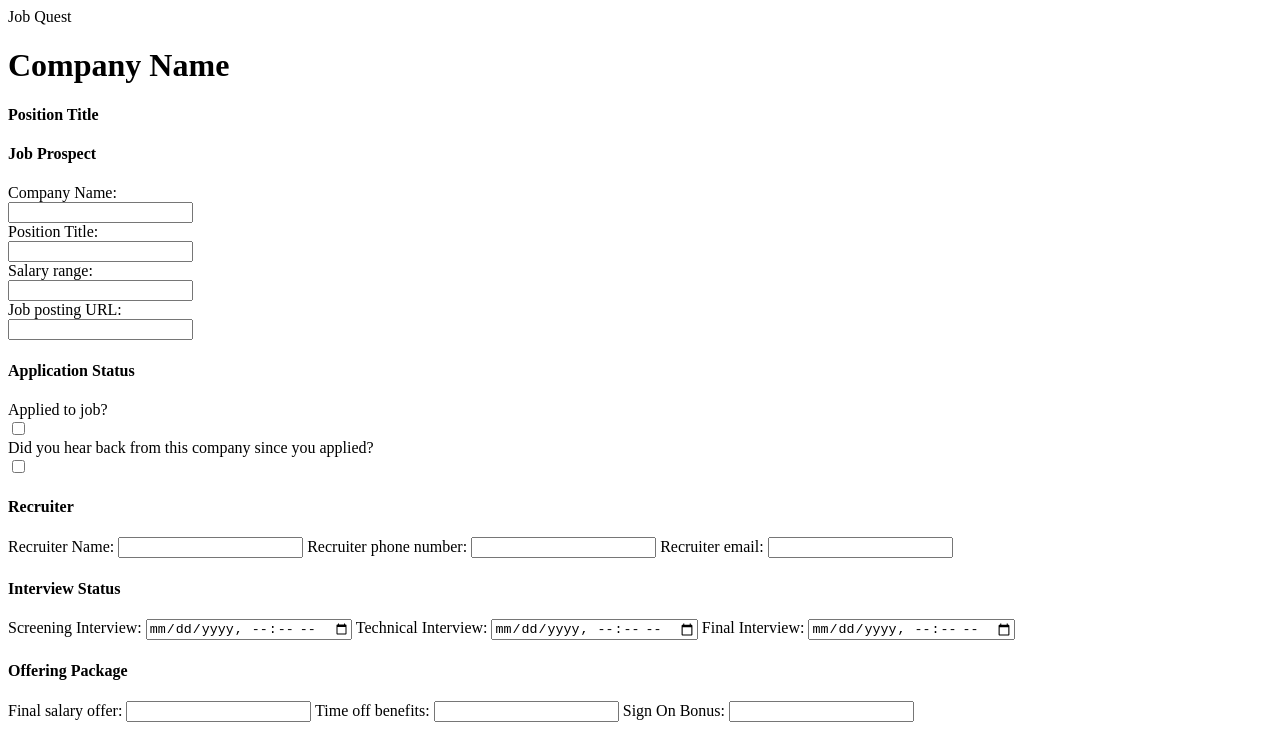
Repository: AllSystemsRGeorge/Job-Quest
Page: utils/mainPageHelper.html
An editor plug-in stored every save of this project. The page is shown before and after the next save, followed by the edit.
The browser window is 1280 px wide. The pictures show the whole page.

Above is the page before, as saved 2022-08-04 17:44:13.

### utils/mainPageHelper.html
<!DOCTYPE html>
<html lang="en">
<head>
    <meta charset="UTF-8">
    <meta http-equiv="X-UA-Compatible" content="IE=edge">
    <meta name="viewport" content="width=device-width, initial-scale=1.0">
    <title>Job Quest</title>
</head>
<body>
    <nav>Job Quest</nav>
    <div class="jobCard">
        <div class="cardHeader">
            <h1>Company Name</h1>
            <h4>Position Title</h4>
        </div>
    </div>
    <form>
        <!-- job summary -->
        <h4>Job Prospect</h4>
        <label for="name">Company Name:</label><br>
        <input type="text" name="name"><br>
        <label for="position">Position Title:</label><br>
        <input type="text" name="position"><br>
        <label for="initialSalary">Salary range:</label><br>
        <input type="number" name="initialSalary"><br>
        <label for="jobDesLink">Job posting URL: </label><br>
        <input type="url" name="jobDesLink">

        <!-- application process -->
        <h4>Application Status</h4>
        <label for="applied">Applied to job?</label><br>
        <input type="checkbox" name="jobApplication"><br>
        <label for="feedback">Did you hear back from this company since you applied?</label><br>
        <input type="checkbox" name="feedback">

        <!-- recruiter contact info -->
        <h4>Recruiter</h4>
        <label for="recName">Recruiter Name:</label>
        <input type="text" name="recName">
        <label for="recPhoneNum">Recruiter phone number:</label>
        <input type="tel" name="recPhoneNum">
        <label for="recEmail">Recruiter email:</label>
        <input type="email" name="recEmail">

        <!-- interview process -->
        <h4>Interview Status</h4>
        <label for="screeningInt">Screening Interview:</label>
        <input type="datetime-local" name="screeningInt">
        <label for="technicalInt">Technical Interview:</label>
        <input type="datetime-local" name="technicalInt">
        <label for="finalInt">Final Interview:</label>
        <input type="datetime-local" name="finalInt">

        <!-- hiring process -->
        <h4>Offering Package</h4>
        <label for="finalSalary">Final salary offer:</label>
        <input type="number" name="finalSalary">
        <label for="finalSalary">Time off benefits:</label>
        <input type="text" name="finalSalary">
        <label for="stockOpt">Sign On Bonus:</label>
        <input type="number" name="finalSalary">

    </form>
</body>
</html>

After the next save:
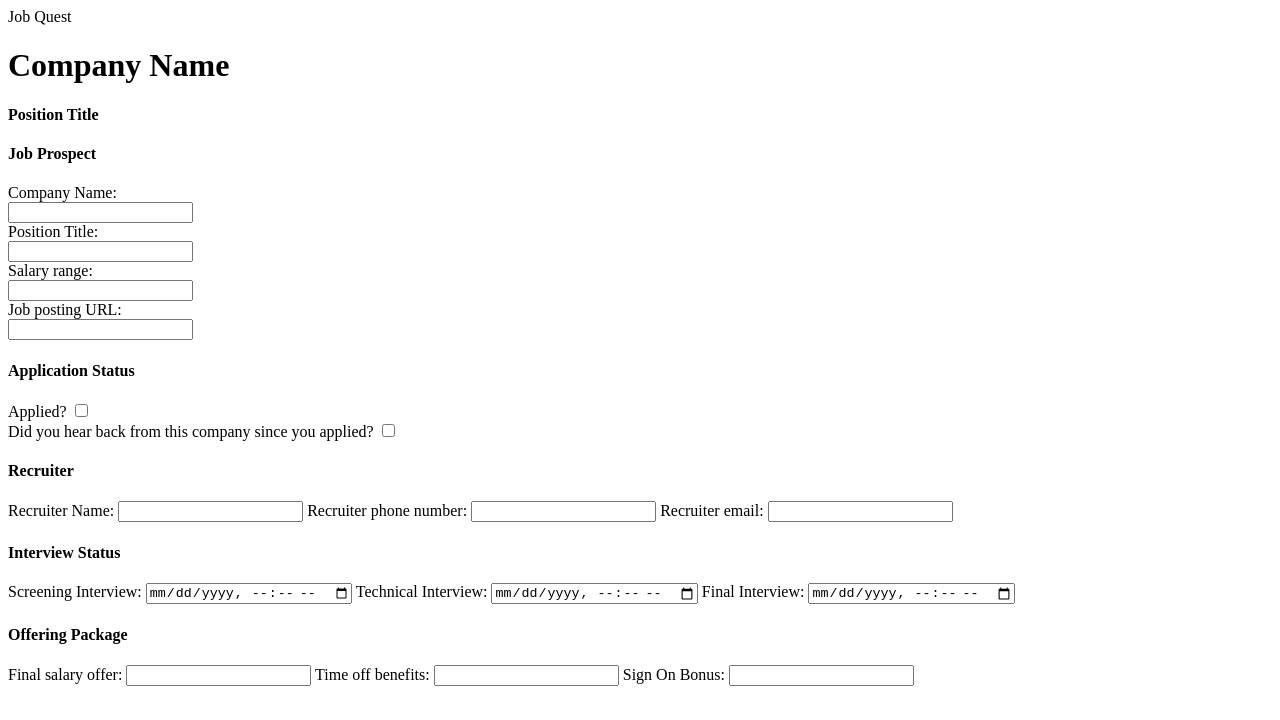
Saved 44 s later.
--- a/utils/mainPageHelper.html
+++ b/utils/mainPageHelper.html
@@ -28,9 +28,9 @@
 
         <!-- application process -->
         <h4>Application Status</h4>
-        <label for="applied">Applied to job?</label><br>
+        <label for="applied">Applied?</label>
         <input type="checkbox" name="jobApplication"><br>
-        <label for="feedback">Did you hear back from this company since you applied?</label><br>
+        <label for="feedback">Did you hear back from this company since you applied?</label>
         <input type="checkbox" name="feedback">
 
         <!-- recruiter contact info -->
